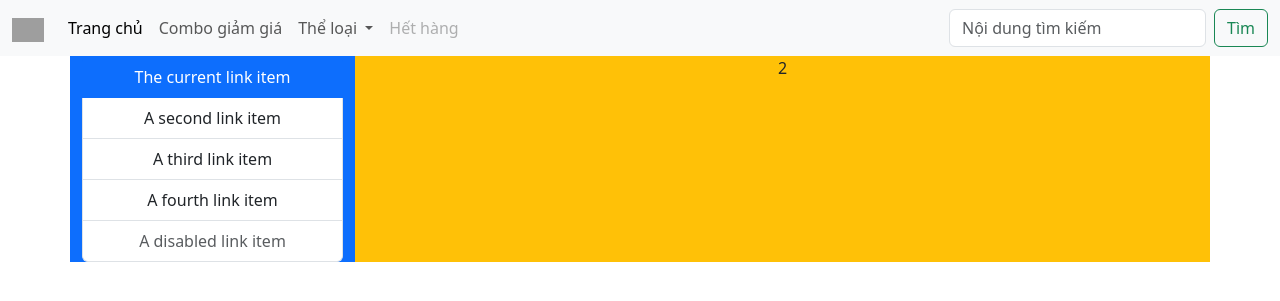
Repository: vnmk1/jsp_servlet-tutorials
Page: Bai4_Bootstrap/src/main/webapp/index.html
The author's editor kept a copy of each file at every save. The page is drawn from the files as they stood at one save, then again after the next save.
The browser window is 1280 px wide. The pictures show the whole page.
Pictures or frames that could not be fetched are drawn as grey boxes.

Above is the page before, as saved 2023-07-17 08:50:39.

### Bai4_Bootstrap/src/main/webapp/index.html
<!DOCTYPE html>
<html>
<head>
<meta charset="UTF-8">
<title>Ví dụ Bootstrap</title>
<link href="https://cdn.jsdelivr.net/npm/bootstrap@5.3.0/dist/css/bootstrap.min.css" rel="stylesheet" integrity="sha384-9ndCyUaIbzAi2FUVXJi0CjmCapSmO7SnpJef0486qhLnuZ2cdeRhO02iuK6FUUVM" crossorigin="anonymous">
<script src="https://cdn.jsdelivr.net/npm/@popperjs/core@2.11.8/dist/umd/popper.min.js" integrity="sha384-I7E8VVD/ismYTF4hNIPjVp/Zjvgyol6VFvRkX/vR+Vc4jQkC+hVqc2pM8ODewa9r" crossorigin="anonymous"></script>
<script src="https://cdn.jsdelivr.net/npm/bootstrap@5.3.0/dist/js/bootstrap.min.js" integrity="sha384-fbbOQedDUMZZ5KreZpsbe1LCZPVmfTnH7ois6mU1QK+m14rQ1l2bGBq41eYeM/fS" crossorigin="anonymous"></script>
</head>
<body>
<!-- Navbar -->
	<nav class="navbar navbar-expand-lg bg-body-tertiary">
	  <div class="container-fluid">
	    <a class="navbar-brand" href="#">
	      <img src="https://titv.vn/wp-content/uploads/2022/08/Screenshot-2023-01-29-230321.png" alt="Bootstrap" height="24">
	    </a>
	    <button class="navbar-toggler" type="button" data-bs-toggle="collapse" data-bs-target="#navbarSupportedContent" aria-controls="navbarSupportedContent" aria-expanded="false" aria-label="Toggle navigation">
	      <span class="navbar-toggler-icon"></span>
	    </button>
	    <div class="collapse navbar-collapse" id="navbarSupportedContent">
	      <ul class="navbar-nav me-auto mb-2 mb-lg-0">
	        <li class="nav-item">
	          <a class="nav-link active" aria-current="page" href="#">Trang chủ</a>
	        </li>
	        <li class="nav-item">
	          <a class="nav-link" href="#">Combo giảm giá</a>
	        </li>
	        <li class="nav-item dropdown">
	          <a class="nav-link dropdown-toggle" href="#" role="button" data-bs-toggle="dropdown" aria-expanded="false">
	            Thể loại
	          </a>
	          <ul class="dropdown-menu">
	            <li><a class="dropdown-item" href="#">Quần Jean</a></li>
	            <li><a class="dropdown-item" href="#">Áo Thung</a></li>
	            <li><hr class="dropdown-divider"></li>
	            <li><a class="dropdown-item" href="#">Áo sơ mi</a></li>
	          </ul>
	        </li>
	        <li class="nav-item">
	          <a class="nav-link disabled">Hết hàng</a>
	        </li>
	      </ul>
	      <form class="d-flex" role="search">
	        <input class="form-control me-2" type="search" placeholder="Nội dung tìm kiếm" aria-label="Search">
	        <button class="btn btn-outline-success" type="submit">Tìm</button>
	      </form>
	    </div>
	  </div>
	</nav>
<!-- End -->

<!-- Page content -->
<div class="container text-center">
	<div class="row">
		<div class="col-lg-3 bg-primary">
			<div class="list-group">
			  <a href="#" class="list-group-item list-group-item-action active" aria-current="true">
			    The current link item
			  </a>
			  <a href="#" class="list-group-item list-group-item-action">A second link item</a>
			  <a href="#" class="list-group-item list-group-item-action">A third link item</a>
			  <a href="#" class="list-group-item list-group-item-action">A fourth link item</a>
			  <a class="list-group-item list-group-item-action disabled">A disabled link item</a>
			</div>
	    </div>
	    <div class="col-lg-9 bg-warning">
	      2
	</div>
</div>

<!-- End -->
</body>
</html>

After the next save:
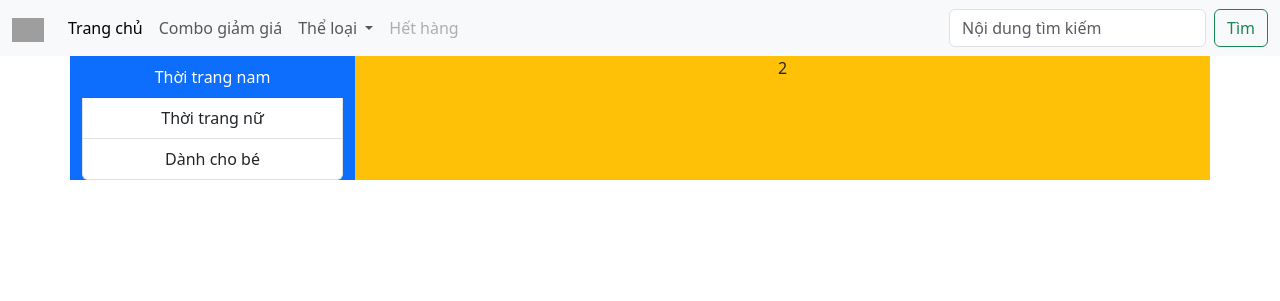
Saved 63 s later.
--- a/Bai4_Bootstrap/src/main/webapp/index.html
+++ b/Bai4_Bootstrap/src/main/webapp/index.html
@@ -55,12 +55,10 @@
 		<div class="col-lg-3 bg-primary">
 			<div class="list-group">
 			  <a href="#" class="list-group-item list-group-item-action active" aria-current="true">
-			    The current link item
+			    Thời trang nam
 			  </a>
-			  <a href="#" class="list-group-item list-group-item-action">A second link item</a>
-			  <a href="#" class="list-group-item list-group-item-action">A third link item</a>
-			  <a href="#" class="list-group-item list-group-item-action">A fourth link item</a>
-			  <a class="list-group-item list-group-item-action disabled">A disabled link item</a>
+			  <a href="#" class="list-group-item list-group-item-action">Thời trang nữ</a>
+			  <a href="#" class="list-group-item list-group-item-action">Dành cho bé</a>
 			</div>
 	    </div>
 	    <div class="col-lg-9 bg-warning">
